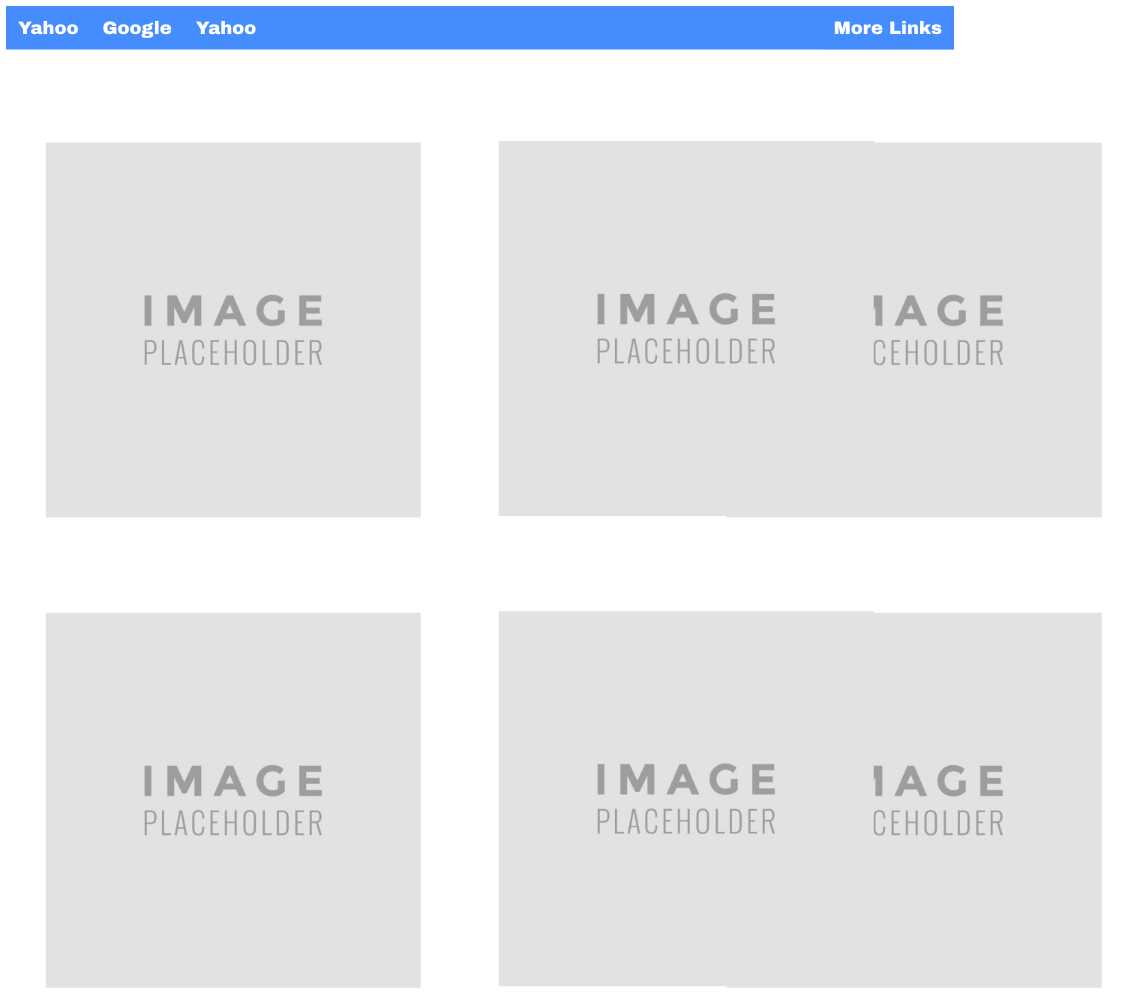
Repository: br4y/br4y.github.io
Page: index.html
The author's editor kept a record of every edit. The page is drawn from the files as they stood at one moment, then again after the next edit.
The browser window is 1280 px wide. The page is 1522 px wide, so the pictures cover 1522 px, including what lies to the right of the window. The pictures show the whole page, at 75% of full size.

Above is the page before.

After the next edit:
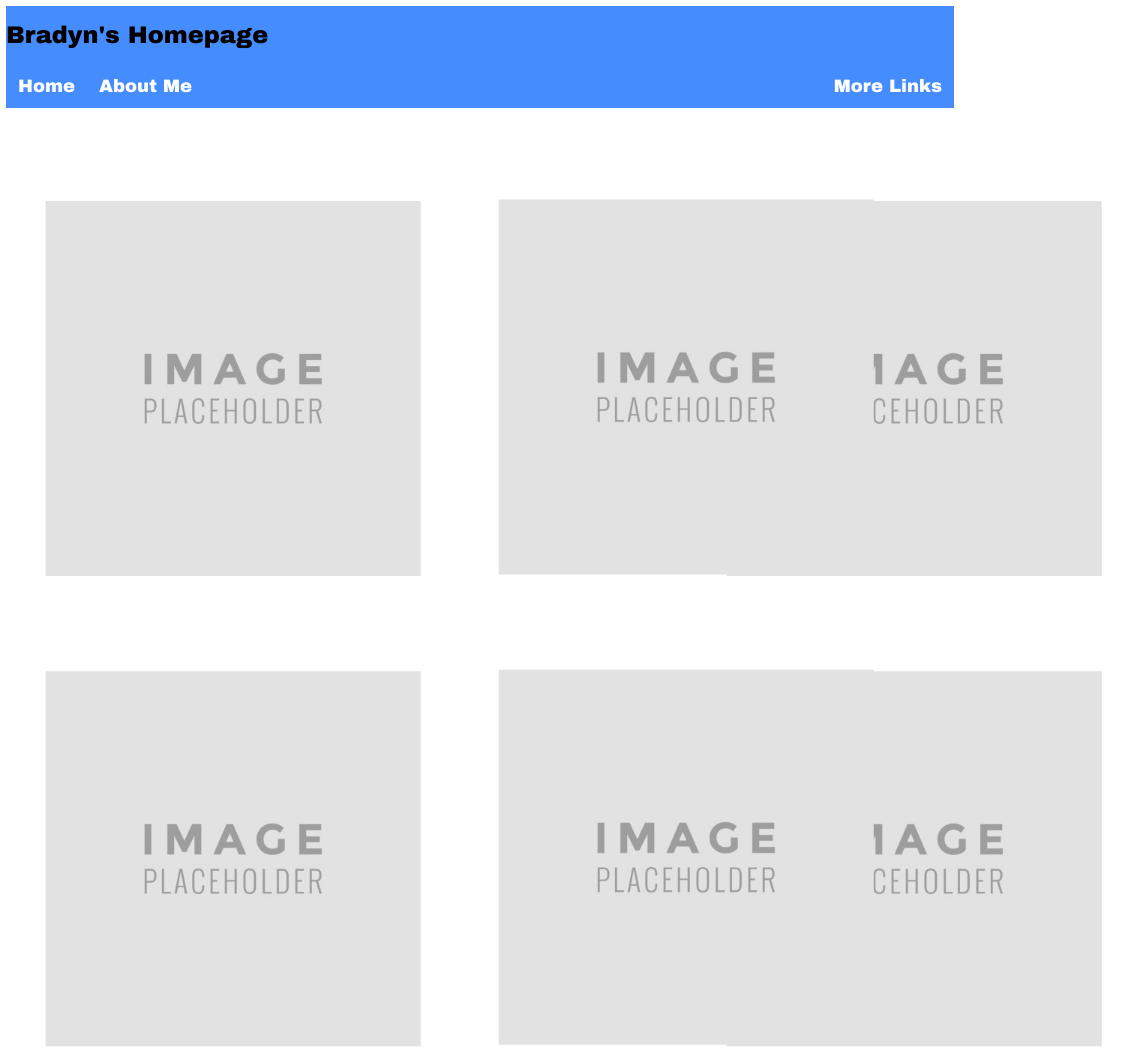
The edit:
--- a/index.html
+++ b/index.html
@@ -20,9 +20,9 @@
         <!--</h1>-->
 
         <div class="navbar">
-          <a href="https://www.yahoo.com">Yahoo</a>
-          <a href="https://www.google.com">Google</a>
-          <a href="https://www.yahoo.com">Yahoo</a>
+          <h1>Bradyn's Homepage</h1>
+          <a href="#">Home</a>
+          <a href="#">About Me</a>
       <div class="dropdown">
         <div class="morelinks">More Links</div>
         <div class="dropdown-content">

After the edit that followed:
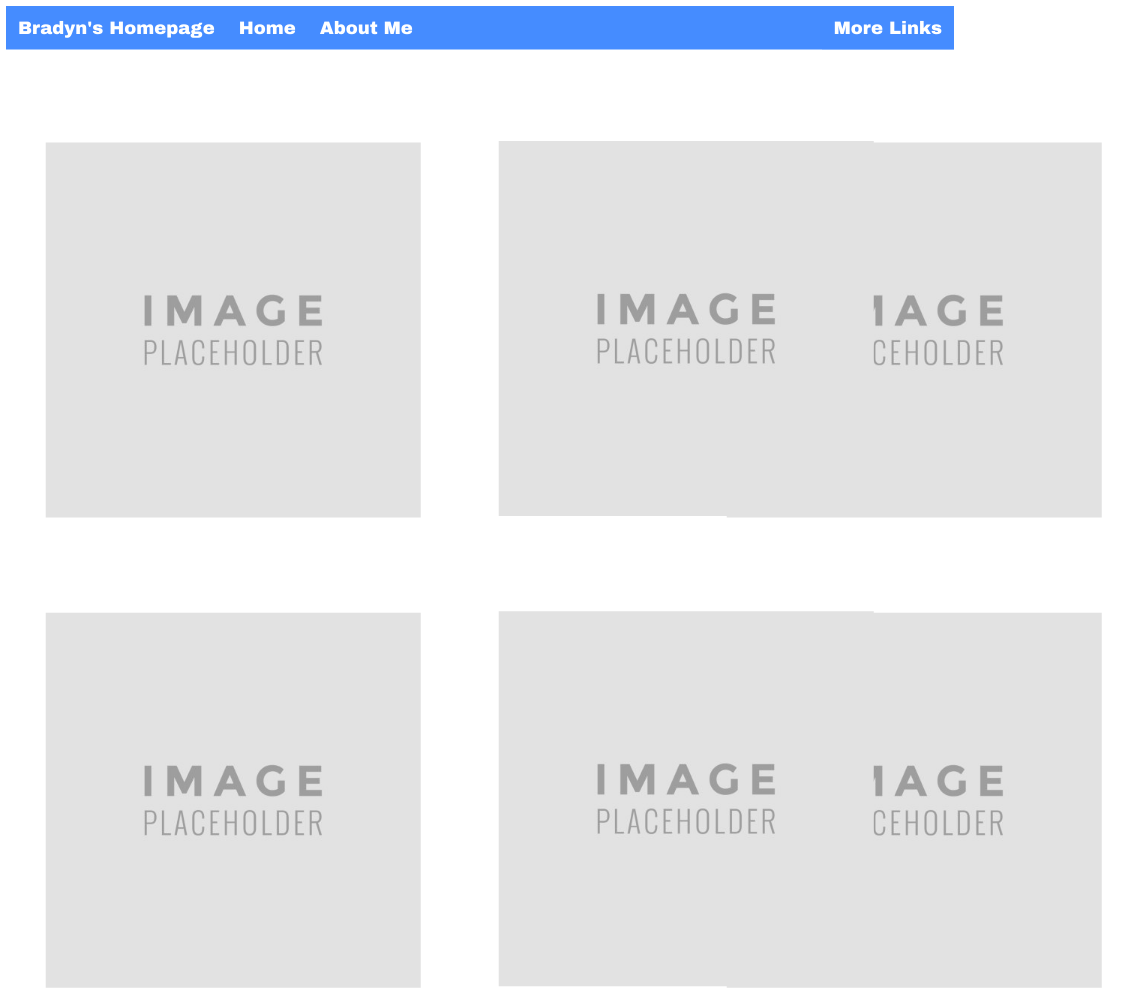
The edit:
--- a/index.html
+++ b/index.html
@@ -20,7 +20,7 @@
         <!--</h1>-->
 
         <div class="navbar">
-          <h1>Bradyn's Homepage</h1>
+          <a>Bradyn's Homepage</a>
           <a href="#">Home</a>
           <a href="#">About Me</a>
       <div class="dropdown">
